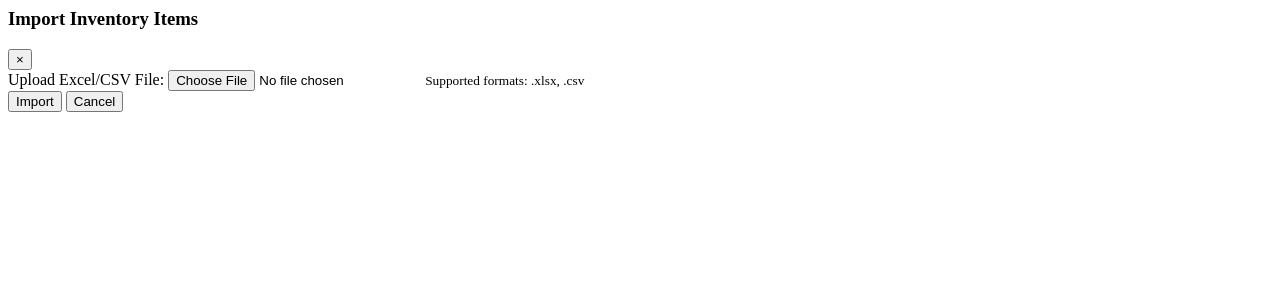
Repository: AdrianLeAsian/InventorySystem
Page: http://localhost/includes/import_items_modal.php
An editor plug-in stored every save of this project. The page is shown before and after the next save, followed by the edit.
The browser window is 1280 px wide. The pictures show the whole page.
The page is run by PHP 8.4 with error messages shown; the project is at /var/www/html/.

Above is the page before, as saved 2025-07-16 12:55:30.

### includes/import_items_modal.php
<!-- Import Items Modal -->
<div id="importItemsModal" class="modal">
    <div class="modal-content">
        <div class="modal__header">
            <h3 class="modal__title">Import Inventory Items</h3>
            <button class="modal__close-btn cancel-modal-btn" data-modal-id="importItemsModal">&times;</button>
        </div>
        <div class="modal__body">
            <form id="importItemsForm" enctype="multipart/form-data">
                <div class="form__group">
                    <label for="excelFile" class="form__label">Upload Excel/CSV File:</label>
                    <input type="file" id="excelFile" name="excelFile" accept=".xlsx, .csv" class="form__input" required>
                    <small class="form__text-muted">Supported formats: .xlsx, .csv</small>
                </div>
                <div id="importResult" class="mb-3" style="display: none;"></div>
                <div class="d-flex justify-end gap-2">
                    <button type="submit" class="btn btn--primary">Import</button>
                    <button type="button" class="btn btn--secondary cancel-modal-btn" data-modal-id="importItemsModal">Cancel</button>
                </div>
            </form>
        </div>
    </div>
</div>

After the next save:
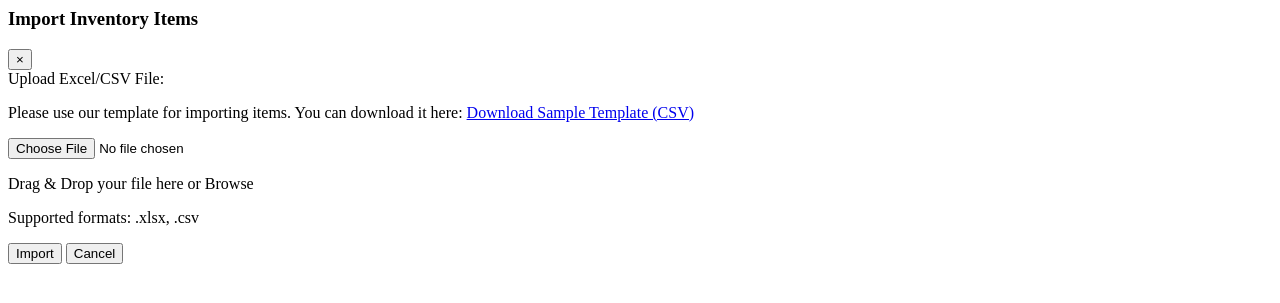
Saved 11 min 8 s later.
--- a/includes/import_items_modal.php
+++ b/includes/import_items_modal.php
@@ -9,12 +9,24 @@
             <form id="importItemsForm" enctype="multipart/form-data">
                 <div class="form__group">
                     <label for="excelFile" class="form__label">Upload Excel/CSV File:</label>
-                    <input type="file" id="excelFile" name="excelFile" accept=".xlsx, .csv" class="form__input" required>
-                    <small class="form__text-muted">Supported formats: .xlsx, .csv</small>
+                    <p class="form__text-muted mb-3">
+                        Please use our template for importing items. You can download it here:
+                        <a href="assets/templates/sample_inventory_template.csv" download class="text-link">Download Sample Template (CSV)</a>
+                    </p>
+                    <div class="file-upload-area" id="fileUploadArea">
+                        <input type="file" id="excelFile" name="excelFile" accept=".xlsx, .csv" class="file-upload-area__input" required>
+                        <p class="file-upload-area__text">Drag & Drop your file here or <span class="text-link">Browse</span></p>
+                        <p class="file-upload-area__info">Supported formats: .xlsx, .csv</p>
+                    </div>
+                    <div id="fileNameDisplay" class="file-upload-area__file-name" style="display: none;"></div>
                 </div>
-                <div id="importResult" class="mb-3" style="display: none;"></div>
+                <div id="importProgress" class="progress-bar-container mb-3" style="display: none;">
+                    <div class="progress-bar" id="progressBar"></div>
+                    <div class="progress-text" id="progressText">0%</div>
+                </div>
+                <div id="importResult" class="alert" style="display: none;"></div>
                 <div class="d-flex justify-end gap-2">
-                    <button type="submit" class="btn btn--primary">Import</button>
+                    <button type="submit" class="btn btn--primary" id="importSubmitBtn">Import</button>
                     <button type="button" class="btn btn--secondary cancel-modal-btn" data-modal-id="importItemsModal">Cancel</button>
                 </div>
             </form>
